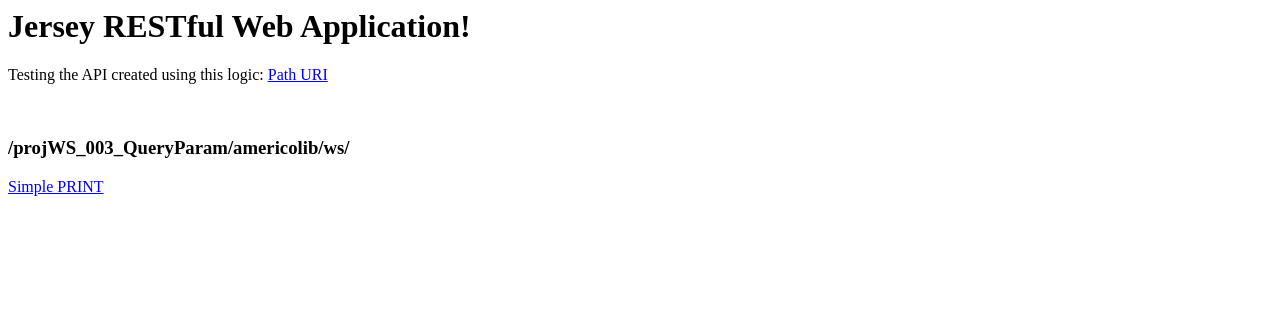
Repository: atafs/BackEnd_JAX-RS_REST_2continue
Page: http://localhost/projWS_002_Path/
The author's editor kept a copy of each file at every save. The page is drawn from the files as they stood at one save, then again after the next save.
The browser window is 1280 px wide. The pictures show the whole page.
The page is served by Tomcat 9. Other server files are loaded and not shown.

Above is the page before, as saved 2016-05-02 10:39:01.

### projWS_002_Path/src/main/webapp/index.jsp
<html>
<body>
    <!-- TITLE -->
	<h1>Jersey RESTful Web Application!</h1>


	<!-- TXT -->
	<p>Testing the API created using this logic:
		<a href="http://www.mkyong.com/webservices/jax-rs/jax-rs-path-uri-matching-example/">Path URI</a>
	</p><br/>

	<!-- LINKS -->
	<h3>/projWS_003_QueryParam/americolib/ws/</h3>
	<a href="http://localhost:8085/projWS_002_Path/americolib/ws/">Simple PRINT</a><br/><br/>

</body>
</html>

After the next save:
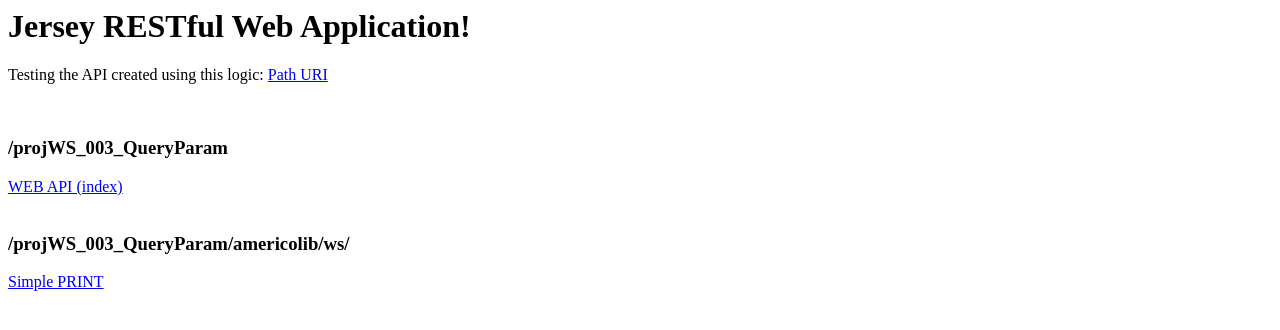
Saved 35 s later.
--- a/projWS_002_Path/src/main/webapp/index.jsp
+++ b/projWS_002_Path/src/main/webapp/index.jsp
@@ -10,6 +10,9 @@
 	</p><br/>
 
 	<!-- LINKS -->
+	<h3>/projWS_003_QueryParam</h3>
+	<a href="http://localhost:8085/projWS_003_QueryParam/">WEB API (index)</a><br/><br/>
+
 	<h3>/projWS_003_QueryParam/americolib/ws/</h3>
 	<a href="http://localhost:8085/projWS_002_Path/americolib/ws/">Simple PRINT</a><br/><br/>
 
